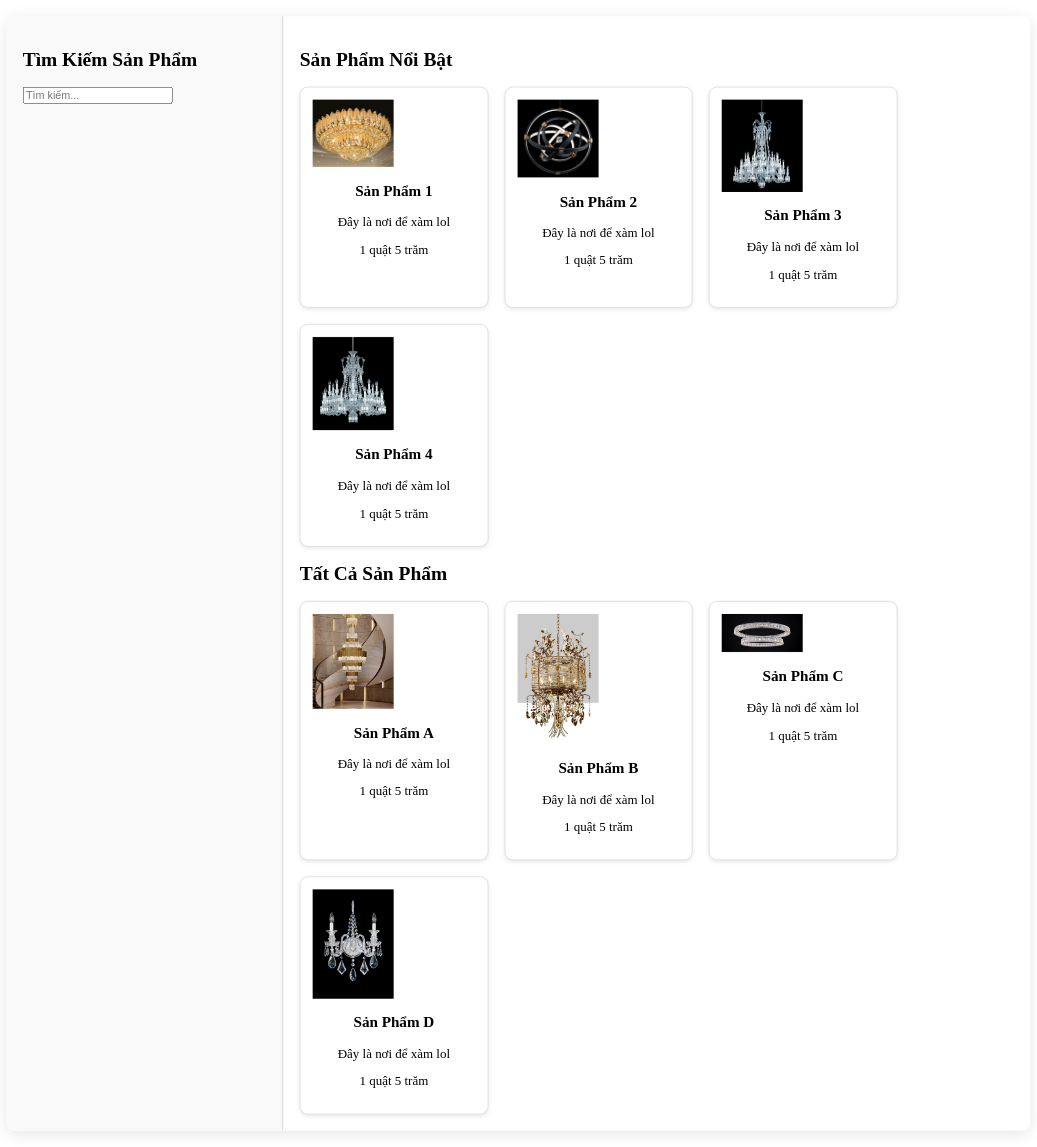
Repository: Nghia251506/eproject
Page: http://localhost/eproject/app/views/product.php
These files come from the project's save history. The page is drawn as it stood at one moment and after the next save; the edit follows.
The browser window is 1280 px wide. The pictures show the whole page, at 81% of full size.
The page is run by PHP 8.4 with error messages shown; the project is at /var/www/html/.

Above is the page before, as saved 2024-10-05 18:46:45.

After the next save:
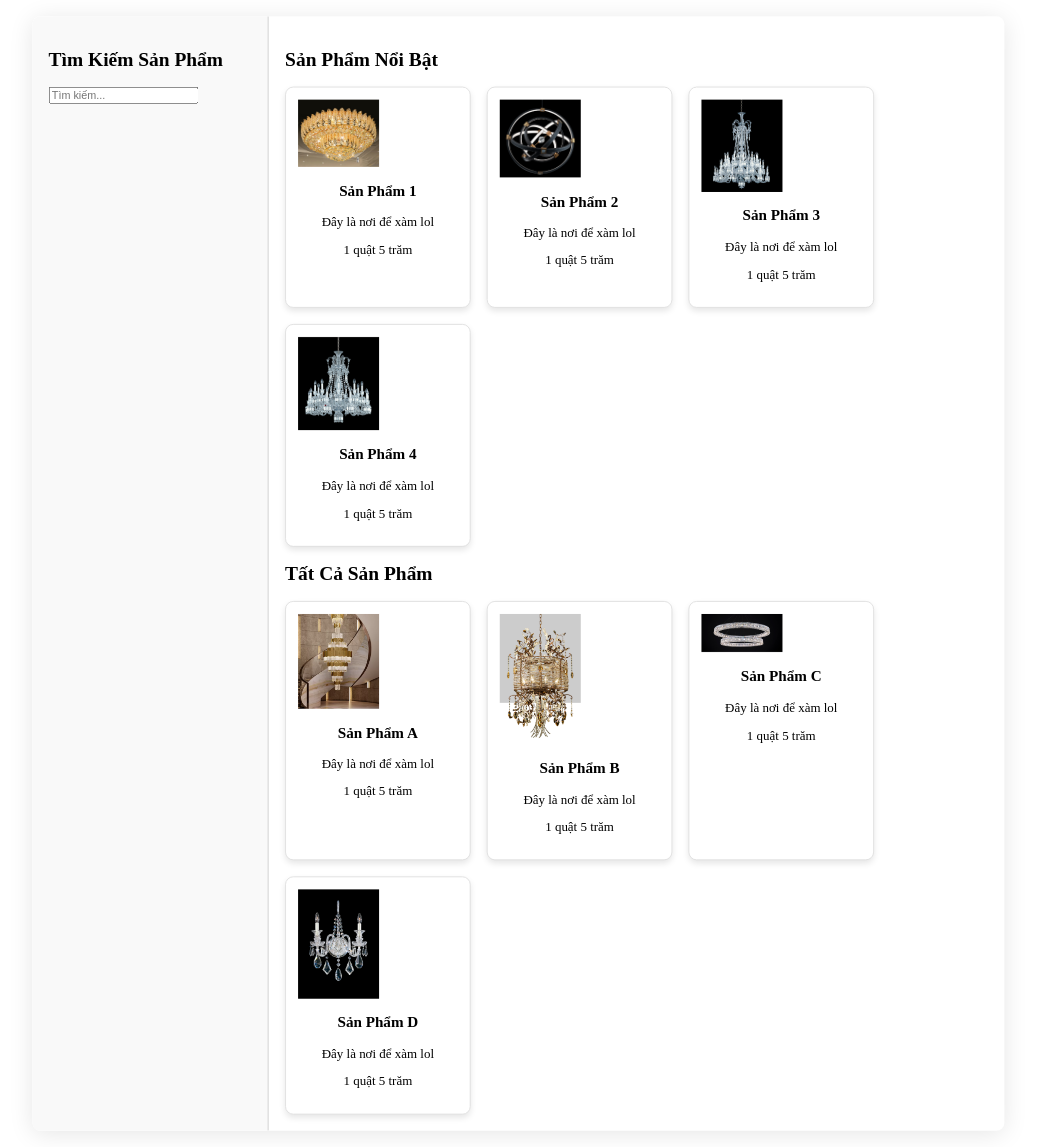
Saved 2 min 35 s later.
--- a/app/assets/css/product.css
+++ b/app/assets/css/product.css
@@ -2,18 +2,19 @@
 /* ============================= */
 .container-product {
     display: flex;
-    max-width: 1350px;
+    max-width: 1200px;
     margin: 20px auto;
     background-color: #fff;
     border-radius: 10px;
-    box-shadow: 0 4px 20px rgba(0, 0, 0, 0.1);
+    box-shadow: 0 4px 30px rgba(0, 0, 0, 0.1);
+    overflow: hidden; /* Ẩn viền cho gọn */
 }
 
-
+/* ============================= */
 /* Sidebar                      */
 /* ============================= */
 .sidebar {
-    width: 300px;
+    width: 250px; /* Chiều rộng sidebar */
     padding: 20px;
     background-color: #f9f9f9;
     border-right: 2px solid #ddd;
@@ -22,17 +23,18 @@
 
 .sidebar__title {
     margin-top: 0;
-    font-size: 1.5em;
+    font-size: 1.8em;
     color: #333;
+    text-align: center;
 }
 
 .sidebar__search-input {
-    width: 100%; /* Đặt chiều rộng 100% */
-    padding: 15px 20px;
-    margin-top: 10px;
+    width: 100%;
+    padding: 12px 15px;
+    margin-top: 15px;
     border: 2px solid #007BFF;
     border-radius: 5px;
-    font-size: 1.2em;
+    font-size: 1.1em;
     box-shadow: 0 2px 5px rgba(0, 0, 0, 0.1);
     transition: border-color 0.3s, box-shadow 0.3s;
 }
@@ -43,28 +45,36 @@
     box-shadow: 0 0 8px rgba(0, 123, 255, 0.5);
 }
 
-
+/* ============================= */
 /* Nội dung chính              */
 /* ============================= */
 .main-content {
-    flex-grow: 1;
+    flex-grow: 1; /* Chiếm phần còn lại của container */
     padding: 20px;
 }
 
+/* Tiêu đề mục sản phẩm */
 .products__section {
     margin-bottom: 40px;
 }
 
+.products__section h2 {
+    font-size: 1.6em;
+    color: #333;
+    border-bottom: 2px solid #007BFF;
+    padding-bottom: 5px;
+}
 
+/* ============================= */
 /* Dòng sản phẩm               */
 /* ============================= */
 .product-row {
     display: flex;
     flex-wrap: wrap;
-    gap: 20px; /* Khoảng cách giữa các sản phẩm */
+    gap: 20px;
 }
 
-
+/* ============================= */
 /* Sản phẩm                    */
 /* ============================= */
 .product {
@@ -73,9 +83,9 @@
     border-radius: 10px;
     padding: 15px;
     text-align: center;
-    transition: transform 0.2s, box-shadow 0.2s;
+    transition: transform 0.3s, box-shadow 0.3s;
     width: calc(25% - 20px); /* 4 sản phẩm mỗi hàng */
-    box-shadow: 0 2px 5px rgba(0, 0, 0, 0.1);
+    box-shadow: 0 4px 8px rgba(0, 0, 0, 0.1);
 }
 
 .product__image {
@@ -98,7 +108,7 @@
 /* Hiệu ứng hover trên sản phẩm */
 .product:hover {
     transform: scale(1.05);
-    box-shadow: 0 8px 16px rgba(0, 0, 0, 0.2);
+    box-shadow: 0 12px 24px rgba(0, 0, 0, 0.2);
 }
 
 /* ============================= */
